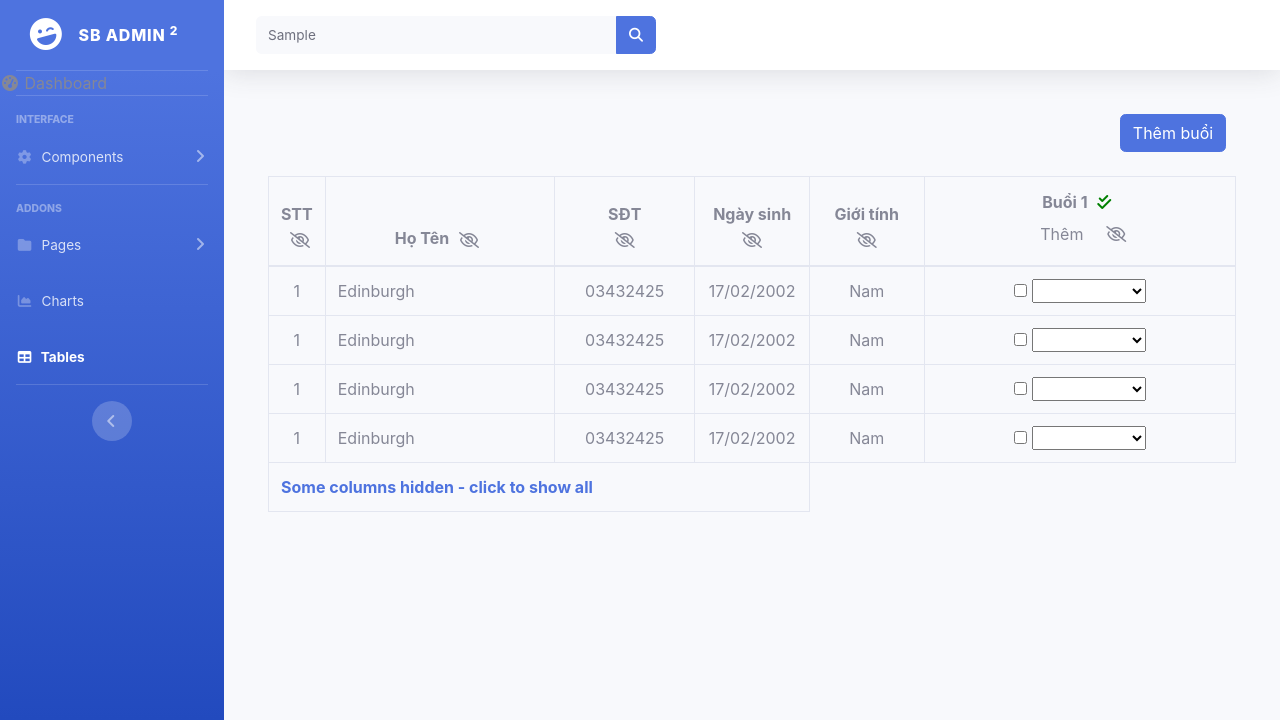
Repository: huyennvo/WebCiTEdu
Page: index.html
An editor plug-in stored every save of this project. The page is shown before and after the next save, followed by the edit.
The browser window is 1280 px wide. The pictures show the whole page.
Empty fields were first filled with sample values (such as "Sample", 5 or name@example.com).
After loading, the first visible `#insertCol` was clicked once.
Some web libraries are served in a nearby version.

Above is the page before, as saved 2022-08-01 13:30:03.

After the next save:
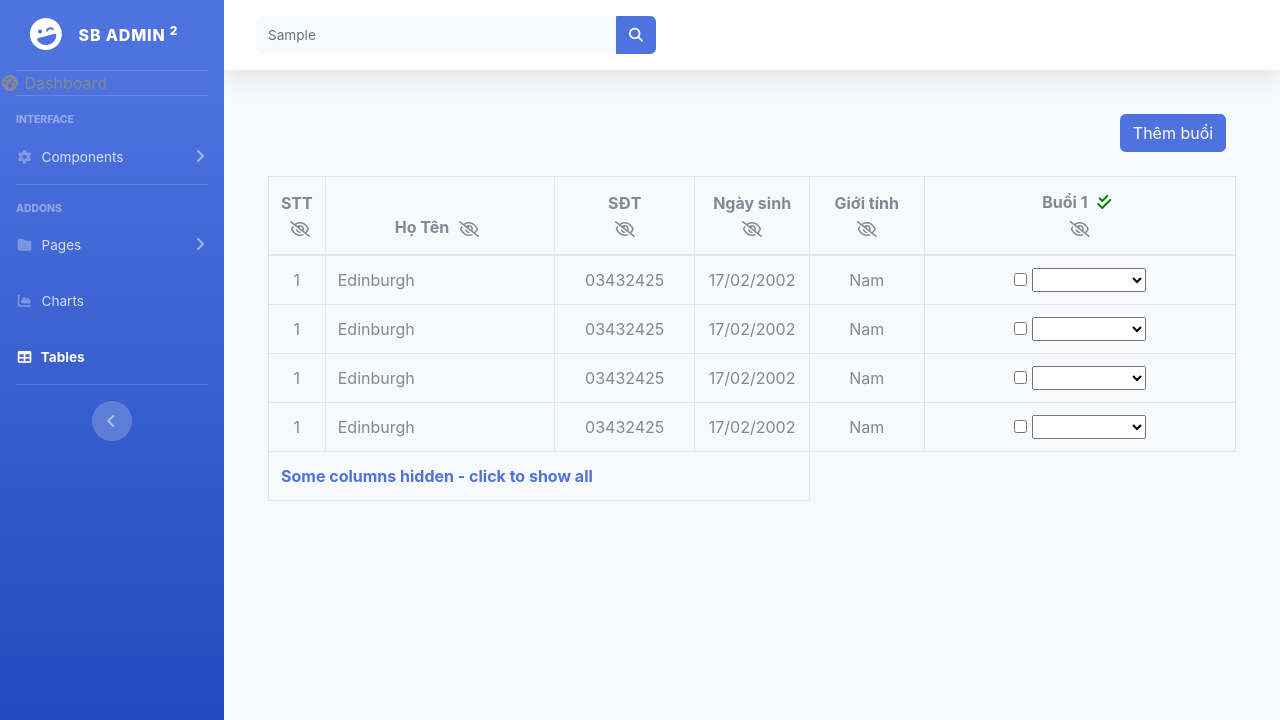
Saved 3 min 52 s later.
--- a/app.js
+++ b/app.js
@@ -39,7 +39,7 @@
     max++;
     html1 += `<th>Buổi ${stt} <button style="border: 0; background-color: #F8F9FC" data-stt="${stt}" class="checkBox${stt} select-all"><i
     class="fa-solid fa-check-double" style="color:green;"  data-toggle="tooltip" data-placement="right" title="Chọn tất cả"></i></button><br><button type="button"
-    class="btn addNewInfo${stt}" data-toggle="modal" data-target="#exampleModal">
+    class="btn addNewInfo${stt}" data-toggle="modal" data-target="#exampleModal" hidden="true">
     Thêm
     </button>  <button class="pull-right btn btn-default btn-condensed hide-column" data-toggle="tooltip" data-placement="bottom" title="Hide Column">
     <i class="fa fa-eye-slash"></i>

After the 2 saves that followed:
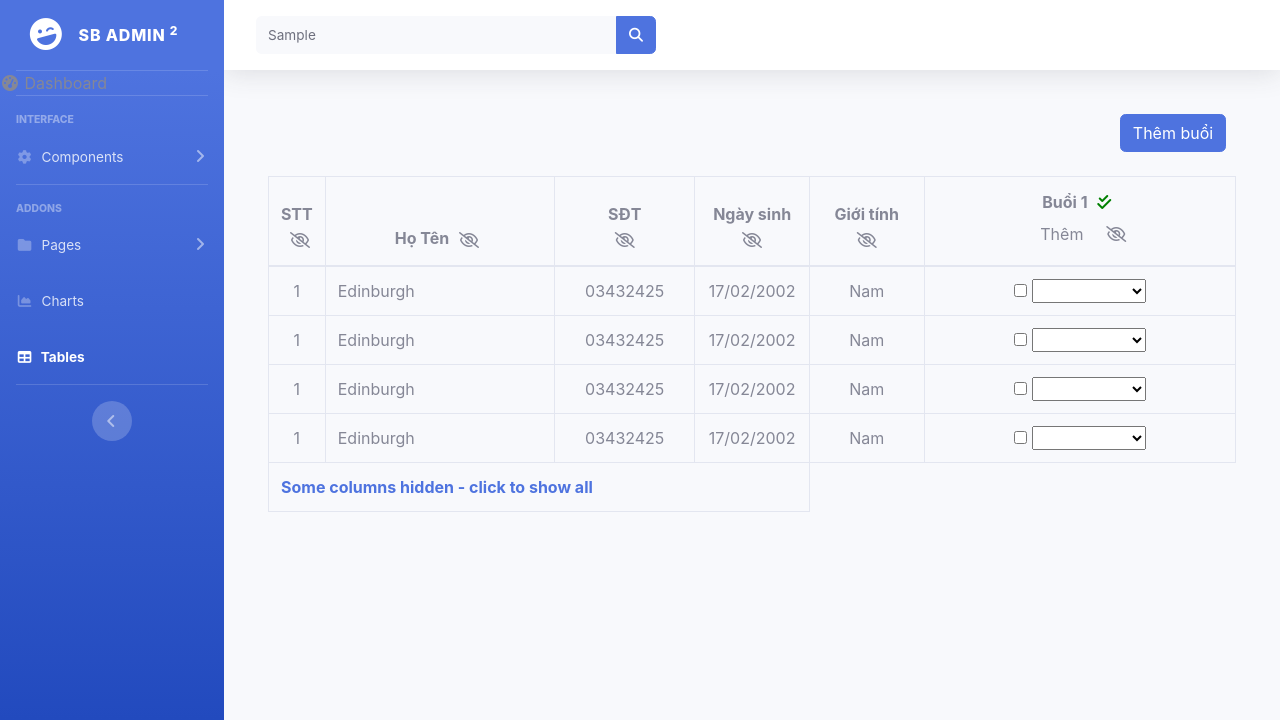
The 2 saves are shown as one change because 1 left the picture as it was.
The last was saved 6 min 17 s later.
--- a/app.js
+++ b/app.js
@@ -39,7 +39,7 @@
     max++;
     html1 += `<th>Buổi ${stt} <button style="border: 0; background-color: #F8F9FC" data-stt="${stt}" class="checkBox${stt} select-all"><i
     class="fa-solid fa-check-double" style="color:green;"  data-toggle="tooltip" data-placement="right" title="Chọn tất cả"></i></button><br><button type="button"
-    class="btn addNewInfo${stt}" data-toggle="modal" data-target="#exampleModal" hidden="true">
+    class="btn addNewInfo${stt}" data-toggle="modal" data-stt="${stt}" data-target="#exampleModal" >
     Thêm
     </button>  <button class="pull-right btn btn-default btn-condensed hide-column" data-toggle="tooltip" data-placement="bottom" title="Hide Column">
     <i class="fa fa-eye-slash"></i>
@@ -149,7 +149,8 @@
     });
     stt++;
     $(".addNewInfo").click(function (){
-      hidden="true"
+      let sttt = $(this).attr("data-stt");
+      $(".addNewInfo${sttt}").attr("hidden", "true");
     })
   });
 
